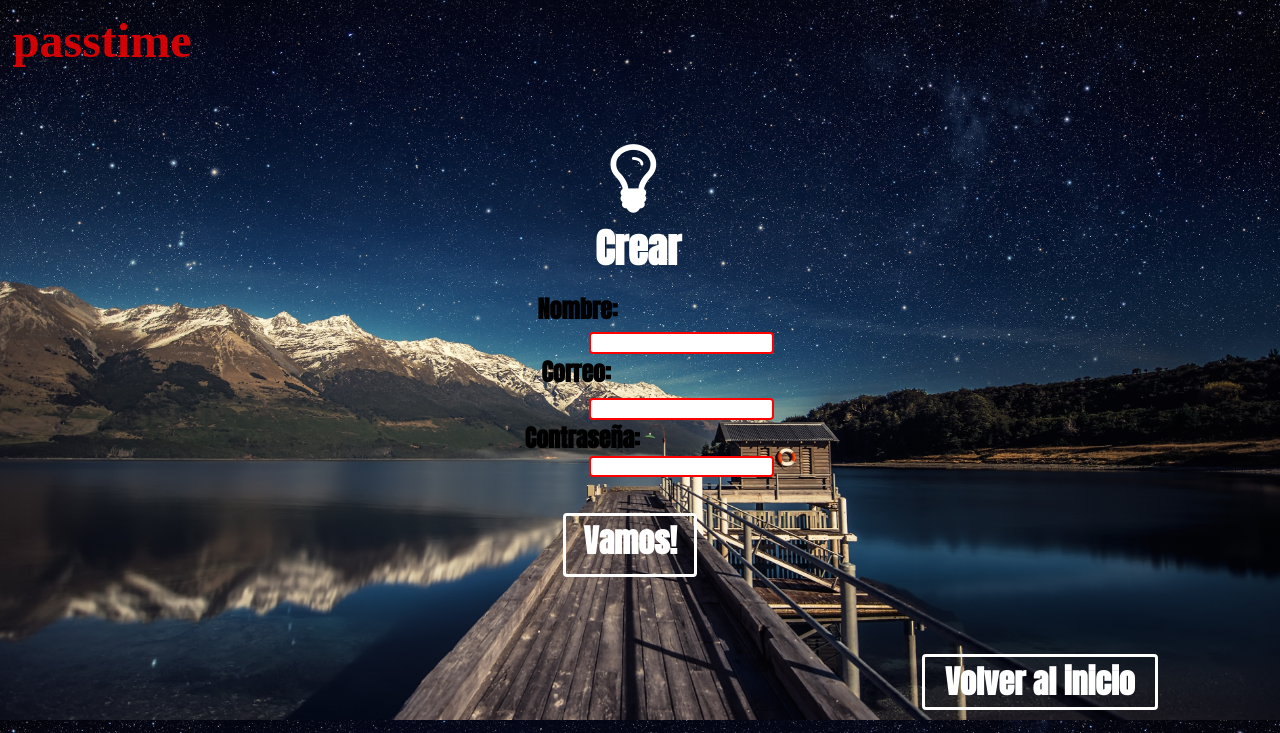
Repository: PassTimeOp/passtimeop.github.io
Page: signup.html
The author's editor kept a record of every edit. The page is drawn from the files as they stood at one moment, then again after the next edit.
The browser window is 1280 px wide. The pictures show the whole page.
Backgrounds fixed to the window are drawn as part of the page. Some web fonts or font styles are not loaded; a fallback is used.

Above is the page before.

### signup.html
<!DOCTYPE HTML>
<html>
    <head>
        <link type="text/css" rel="stylesheet" href="signupStyle.css"/>
        <link rel="stylesheet" href="font-awesome-4.7.0/css/font-awesome.min.css">
        <link href="https://fonts.googleapis.com/css?family=Anton|Arvo|Shrikhand" rel="stylesheet">
        <title>acceder | passtime</title>
    </head>

    <body>
        <h1 id="title">passtime</h1>

        <i class="fa fa-lightbulb-o fa-5x" aria-hidden="true"></i>

        <h1 id="acceder">Crear</h1>


        <div id="data">
            <h4 id="nombre">Nombre:</h4><input type="text" name="nombre">
            <h4 id="correo">Correo:</h4><input type="text" name="correo">
            <h4 id="pass">Contraseña:</h4><input type="password" name="psw">
        </div>

        <div class="buttons" id="vamos"><a href="Calendario/calendario.html" style="text-decoration: none"><h3>Vamos!</h3></a></div>
        <div class="buttons" id="volver"><a href="index.html" style="text-decoration: none"><h3>Volver al inicio</h3></a></div>
    </body>
</html>

### signupStyle.css
html, body{
  width: 100%;
  height: 100%;
  margin: 0;
  padding: 0;
}

body {
  background-image: url(signup.jpg);
  background-size: cover;
  background-position: center;
  width: 100%;
  height: 100%;
  background-repeat: no-repeat;
  background-attachment: fixed;
}

#title {
  font-family: 'Shrikhand', cursive;
  font-size: 300%;
  margin-top: 1%;
  margin-left: 1%;
  display: block;
  color: rgba(255, 0, 0, 0.82);
}

#acceder {
  font-family: 'Anton', sans-serif;
  color: #FFF;
  margin: 0% 0% 0% 46.5%;
  display: block;
  font-size: 250%;
}

i {
  margin: 3% 1% 0% 47.7%;
  color: #FFF;
  display: block;
}

input {
  display: inline-block;
  border-radius: 4px;
  border: 2px solid red;
  height: 20%;
  margin: 0% 0% 0% 30%;
}

#data {
  margin: 1% 0% 0% 40%;
  height: 11%;
  width: 20%;
  display: inline-block;
}

h4 {
  font-size: 150%;
  font-family: 'Anton', sans-serif;
  color: #000;
}

#nombre {
  display: block;
  margin: 0% 1% 2% 10%;
}


#correo {
  display: block;
  margin: 0% 1% 3% 11.5%;
}

#pass {
  display: block;
  margin: 0% 0% 0% 5%;
}


.buttons {
  border: 3px solid #FFF;
  border-radius: 4px;
}

h3 {
  font-family: 'Anton', sans-serif;
  margin: 0% 0% 0% 0%;
  text-align: center;
  font-size: 200%;
  color: #FFF;
}

#vamos {
  width: 10%;
  height: 8%;
  padding: 0%;
  display: block;
  margin: 3% 0% 0% 44%;
}

#volver {
  width: 18%;
  height: 7%;
  padding: 0%;
  margin: 6% 0% 0% 72%;
  display: block;
}

Loaded but not shown: font-awesome-4.7.0/css/font-awesome.min.css (library)

After the next edit:
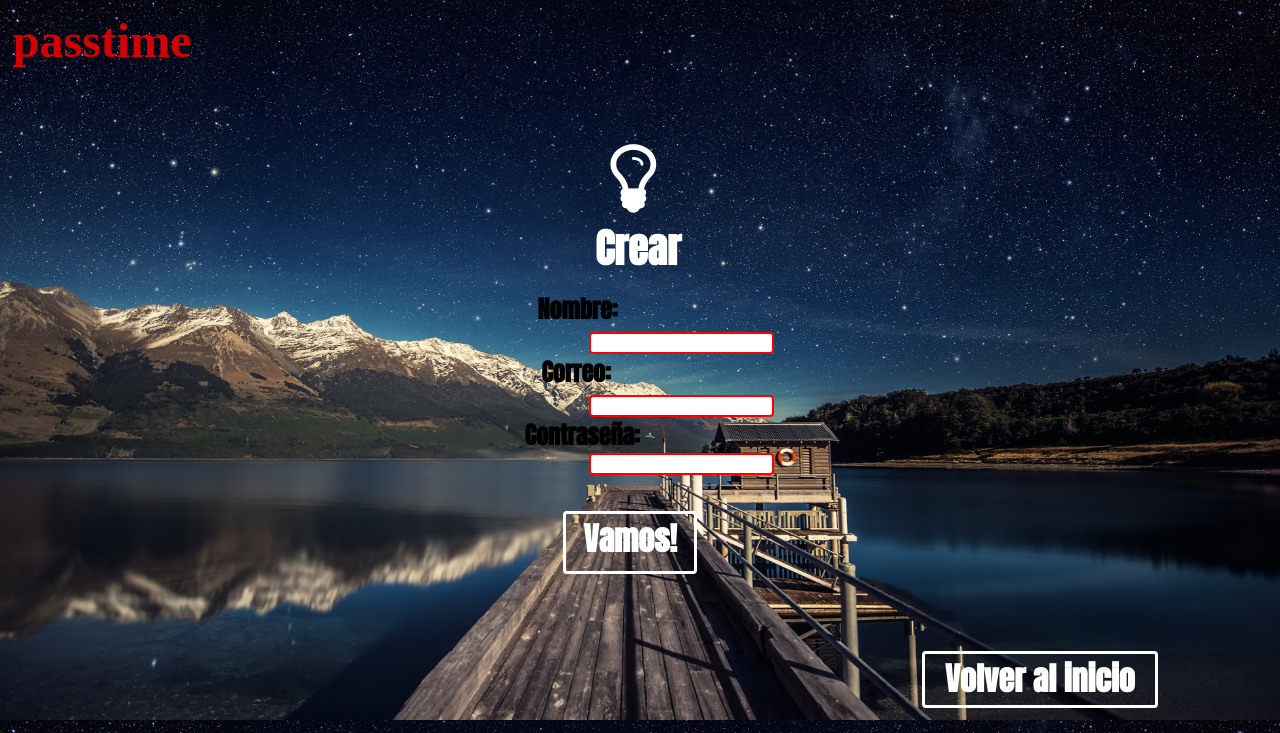
The edit:
--- a/signupStyle.css
+++ b/signupStyle.css
@@ -67,7 +67,7 @@
 
 #correo {
   display: block;
-  margin: 0% 1% 3% 11.5%;
+  margin: 0% 1% 2% 11.5%;
 }
 
 #pass {
